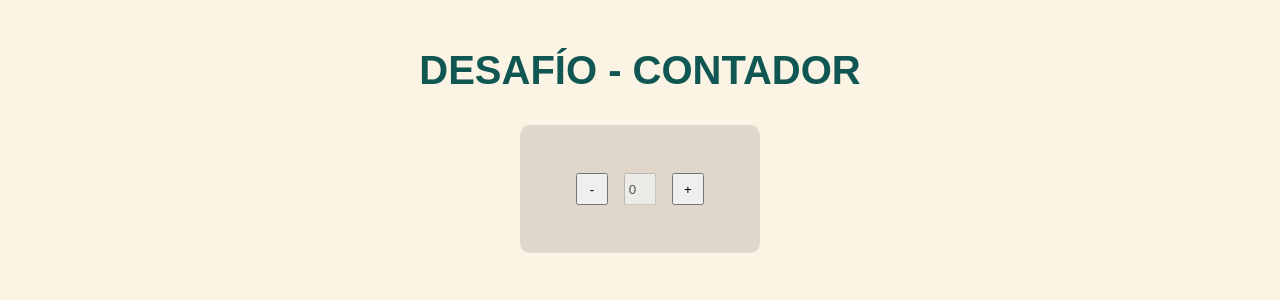
Repository: r-urchi/vue-coderhouse
Page: index.html
An editor plug-in stored every save of this project. The page is shown before and after the next save, followed by the edit.
The browser window is 1280 px wide. The pictures show the whole page.
The style sheet was rebuilt from its Sass, Less or Tailwind sources for each picture, by a compiler version that may differ from the author's.

Above is the page before, as saved 2021-11-13 11:06:51.

After the next save:
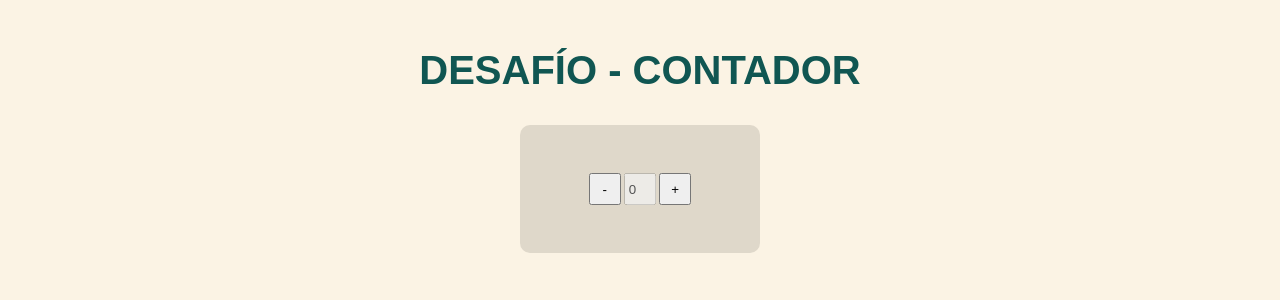
Saved 10 s later.
--- a/css/_counter.sass
+++ b/css/_counter.sass
@@ -16,4 +16,4 @@ h1
         width: 2rem
         text-align: center
         height: 2rem
-        margin: 0 .5rem
+        margin: 0 .1rem
